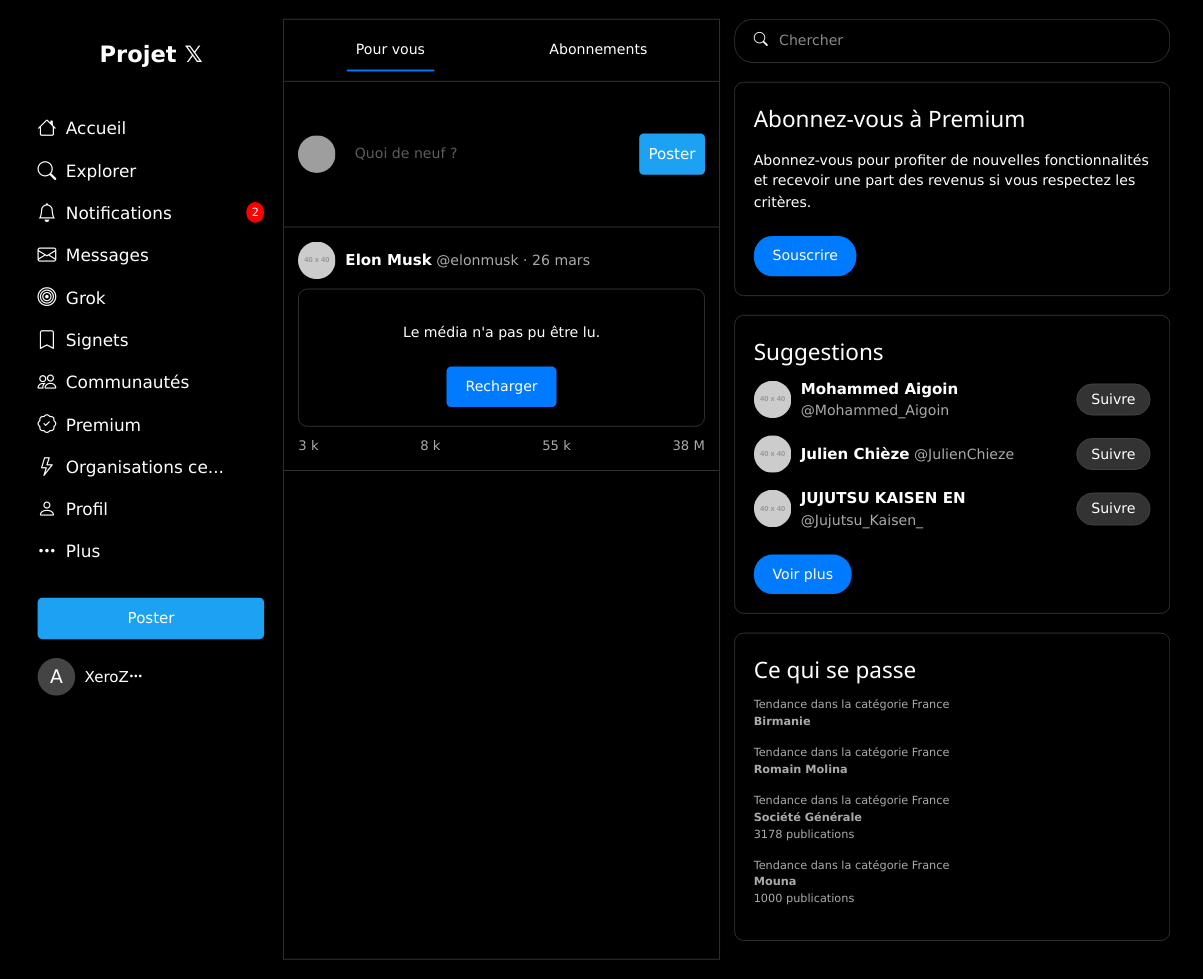
Repository: barriefl/ProjetX_BARRIER_MAULINE_MARQUES-FELIX_SERVONNET
Page: front/index.html
These files come from the project's save history. The page is drawn as it stood at one moment and after the next save; the edit follows.
The browser window is 1280 px wide. The pictures show the whole page, at 94% of full size.
Pictures or frames that could not be fetched are drawn as grey boxes.

Above is the page before, as saved 2025-03-28 09:35:02.

### front/index.html
<!DOCTYPE html>
<html lang="fr">
  <head>
    <meta charset="UTF-8" />
    <meta name="viewport" content="width=device-width, initial-scale=1.0" />
    <title>ProjetX</title>
    <link rel="stylesheet" href="style.css" />
    <link rel="stylesheet" href="https://www.w3schools.com/w3css/5/w3.css" />
    <link
      rel="stylesheet"
      href="https://cdn.jsdelivr.net/npm/bootstrap-icons@1.5.0/font/bootstrap-icons.css"
    />
  </head>
  <body>
    <div class="sidebar">
      <div class="logo">
        <a href="">Projet &Xopf;</a>
      </div>
      <ul class="menu">
        <li>
          <a href=""
            ><span class="icon"><i class="bi bi-house"></i></span> Accueil</a
          >
        </li>
        <li>
          <a href=""
            ><span class="icon"><i class="bi bi-search"></i></span>Explorer</a
          >
        </li>
        <li>
          <a href="#"
            ><span class="icon"><i class="bi bi-bell"></i></span> Notifications
            <span class="notification-badge">2</span></a
          >
        </li>
        <li>
          <a href="#"
            ><span class="icon"><i class="bi bi-envelope"></i></span>
            Messages</a
          >
        </li>
        <li>
          <a href="#"
            ><span class="icon"><i class="bi bi-bullseye"></i></span> Grok</a
          >
        </li>
        <li>
          <a href="#"
            ><span class="icon"><i class="bi bi-bookmark"></i></span> Signets</a
          >
        </li>
        <li>
          <a href="#"
            ><span class="icon"><i class="bi bi-people"></i></span>
            Communautés</a
          >
        </li>
        <li>
          <a href="#"
            ><span class="icon"><i class="bi bi-patch-check"></i></span>
            Premium</a
          >
        </li>
        <li>
          <a href="#"
            ><span class="icon"><i class="bi bi-lightning"></i></span>
            Organisations ce...</a
          >
        </li>
        <li>
          <a href="#"
            ><span class="icon"><i class="bi bi-person"></i></span> Profil</a
          >
        </li>
        <li>
          <a href="#"
            ><span class="icon"><i class="bi bi-three-dots"></i></span> Plus</a
          >
        </li>
      </ul>
      <div class="post-button">
        <button>Poster</button>
      </div>
      <div class="user-info">
        <span class="avatar">A</span>
        <span class="username">XeroZ</span>
        <span class="more-info"><i class="bi bi-three-dots"></i></span>
      </div>
    </div>
    <div class="container container-border">
      <!-- Tabs -->
      <div class="tab-menu">
        <a href="#" class="active">Pour vous</a>
        <a href="#">Abonnements</a>
      </div>

      <!-- Header -->
      <div class="header">
        <img src="empty.png" alt="empty.png" />
        <input type="text" placeholder="Quoi de neuf ?" />
        <div class="post-button">
          <button class="post-button">Poster</button>
        </div>
      </div>

      <!-- Post -->
      <div class="post">
        <div class="user-info">
          <img src="https://via.placeholder.com/40" alt="User Avatar" />
          <div>
            <span class="username">Elon Musk</span>
            <span style="color: #aaa">@elonmusk · 26 mars</span>
          </div>
        </div>
        <div class="content">
          <p>Le média n'a pas pu être lu.</p>
          <button>Recharger</button>
        </div>
        <div class="actions">
          <span>3 k</span>
          <span>8 k</span>
          <span>55 k</span>
          <span>38 M</span>
        </div>
      </div>
    </div>
    <div class="container">
      <!-- Barre de recherche -->
      <div class="search-bar">
        <i class="bi bi-search"></i>
        <input type="text" placeholder="Chercher" />
      </div>

      <!-- Section Premium -->
      <div class="card">
        <h3>Abonnez-vous à Premium</h3>
        <p>
          Abonnez-vous pour profiter de nouvelles fonctionnalités et recevoir
          une part des revenus si vous respectez les critères.
        </p>
        <a href="#" class="button">Souscrire</a>
      </div>

      <!-- Suggestions -->
      <div class="card">
        <h3>Suggestions</h3>
        <div class="suggestion">
          <img src="https://via.placeholder.com/40" alt="Avatar" />
          <div class="info">
            <span class="username">Mohammed Aigoin</span>
            <span class="handle">@Mohammed_Aigoin</span>
          </div>
          <button>Suivre</button>
        </div>
        <div class="suggestion">
          <img src="https://via.placeholder.com/40" alt="Avatar" />
          <div class="info">
            <span class="username">Julien Chièze</span>
            <span class="handle">@JulienChieze</span>
          </div>
          <button>Suivre</button>
        </div>
        <div class="suggestion">
          <img src="https://via.placeholder.com/40" alt="Avatar" />
          <div class="info">
            <span class="username">JUJUTSU KAISEN EN</span>
            <span class="handle">@Jujutsu_Kaisen_</span>
          </div>
          <button>Suivre</button>
        </div>
        <a
          href="#"
          class="button"
          style="margin-top: 10px; display: inline-block"
          >Voir plus</a
        >
      </div>

      <!-- Tendances -->
      <div class="card">
        <h3>Ce qui se passe</h3>
        <ul class="trends">
          <li>
            <span>Tendance dans la catégorie France</span>
            <span class="title">Birmanie</span>
          </li>
          <li>
            <span>Tendance dans la catégorie France</span>
            <span class="title">Romain Molina</span>
          </li>
          <li>
            <span>Tendance dans la catégorie France</span>
            <span class="title">Société Générale</span>
            <span>3178 publications</span>
          </li>
          <li>
            <span>Tendance dans la catégorie France</span>
            <span class="title">Mouna</span>
            <span>1000 publications</span>
          </li>
        </ul>
      </div>
    </div>
  </body>
</html>

### front/style.css
body {
    margin: 0;
    font-family: Arial, sans-serif;
    background-color: #000;
    color: white;
    padding: 0;
    display: flex;
    justify-content: center;
    padding: 20px;
}

.sidebar {
    width: 300px;
    height: 100vh;
    display: flex;
    flex-direction: column;
    padding: 20px;
}

.logo {
    text-align: center;
    font-size: 24px;
    font-weight: bold;
    margin-bottom: 30px;
}

.logo a {
    text-decoration: none;
    color: white;
}

.menu {
    list-style: none;
    padding: 0;
    margin: 0;
    flex-grow: 1;
}

.menu li {
    margin: 15px 0;
}

.menu a {
    text-decoration: none;
    color: white;
    display: flex;
    align-items: center;
    font-size: 18px;
}

.menu .icon {
    margin-right: 10px;
    font-size: 20px;
}

.notification-badge {
    background-color: red;
    color: white;
    font-size: 12px;
    border-radius: 50%;
    padding: 2px 6px;
    margin-left: auto;
}

.post-button {
    margin: 20px 0;
}

.post-button button {
    width: 100%;
    padding: 10px;
    font-size: 16px;
    background-color: #1da1f2;
    color: white;
    border: none;
    border-radius: 5px;
    cursor: pointer;
}

.post-button button:hover {
    background-color: #0d8ce0;
}

.user-info {
    display: flex;
    align-items: center;
    margin-top: auto;
}

.avatar {
    background-color: #444;
    width: 40px;
    height: 40px;
    display: flex;
    align-items: center;
    justify-content: center;
    border-radius: 50%;
    font-size: 20px;
    margin-right: 10px;
}

.username {
    font-size: 16px;
}

.container {
    width: 500px;
    overflow: hidden;
    margin-right: 15px;
}

.container-border {
    border: 1px solid #333;
}

.header {
    display: flex;
    align-items: center;
    padding: 15px;
    border-bottom: 1px solid #333;
}

.header img {
    width: 40px;
    height: 40px;
    border-radius: 50%;
    margin-right: 10px;
}

.header input {
    flex: 1;
    background: transparent;
    border: none;
    outline: none;
    padding: 10px;
    color: #fff;
}

.header input::placeholder {
    color: #aaa;
}

.post {
    padding: 15px;
    border-bottom: 1px solid #333;
}

.post .user-info {
    display: flex;
    align-items: center;
    margin-bottom: 10px;
}

.post .user-info img {
    width: 40px;
    height: 40px;
    border-radius: 50%;
    margin-right: 10px;
}

.post .user-info .username {
    font-weight: bold;
}

.post .content {
    border: solid 1px #333;
    border-radius: 10px;
    padding: 20px;
    text-align: center;
}

.post .content button {
    background-color: #007bff;
    color: #fff;
    border: none;
    border-radius: 5px;
    padding: 10px 20px;
    margin-top: 10px;
    cursor: pointer;
}

.post .actions {
    display: flex;
    justify-content: space-between;
    margin-top: 10px;
    font-size: 14px;
    color: #aaa;
}

.tab-menu {
    display: flex;
    justify-content: space-around;
    padding: 10px;
    border-bottom: 1px solid #333;
}

.tab-menu a {
    color: #fff;
    text-decoration: none;
    padding: 10px;
}

.tab-menu a.active {
    border-bottom: 2px solid #007bff;
}

 .search-bar {
     display: flex;
     padding: 10px 20px;
     margin-bottom: 20px;
     border-radius: 20px;
     border: 1px solid #333;
 }

 .search-bar input {
     flex: 1;
     background: transparent;
     border: none;
     outline: none;
     color: #ffffff;
 }

 .search-bar i {
     margin-right: 10px;
 }

 .card {
    border: 1px solid #333;
     border-radius: 10px;
     padding: 20px;
     margin-bottom: 20px;
 }

 .card h3 {
     margin-top: 0;
 }

 .card .button {
     display: inline-block;
     background-color: #007bff;
     color: #ffffff;
     text-decoration: none;
     padding: 10px 20px;
     border-radius: 20px;
     margin-top: 10px;
     text-align: center;
 }

 .suggestion {
     display: flex;
     align-items: center;
     margin-bottom: 15px;
 }

 .suggestion img {
     width: 40px;
     height: 40px;
     border-radius: 50%;
     margin-right: 10px;
 }

 .suggestion .info {
     flex: 1;
 }

 .suggestion .info .username {
     font-weight: bold;
 }

 .suggestion .info .handle {
     color: #aaa;
 }

 .suggestion button {
     background-color: #333;
     border: 1px solid #444;
     color: #fff;
     border-radius: 20px;
     padding: 5px 15px;
     cursor: pointer;
 }

 .trends {
     list-style: none;
     padding: 0;
     margin: 0;
 }

 .trends li {
     margin-bottom: 15px;
 }

 .trends li span {
     display: block;
     color: #aaa;
     font-size: 12px;
 }

 .trends li .title {
     font-weight: bold;
 }

After the next save:
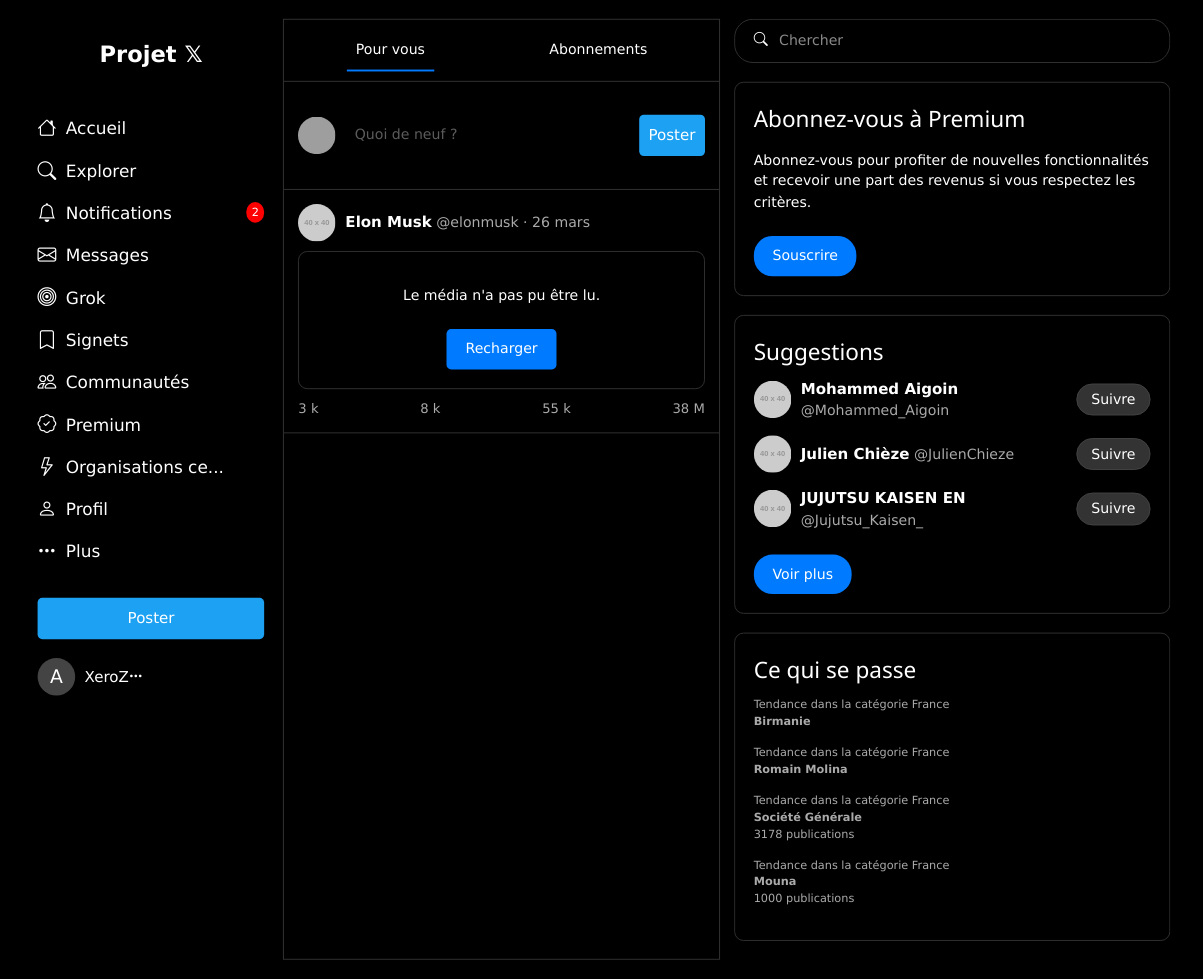
Saved 4 s later.
--- a/front/index.html
+++ b/front/index.html
@@ -99,7 +99,7 @@
         <img src="empty.png" alt="empty.png" />
         <input type="text" placeholder="Quoi de neuf ?" />
         <div class="post-button">
-          <button class="post-button">Poster</button>
+          <button>Poster</button>
         </div>
       </div>
 
